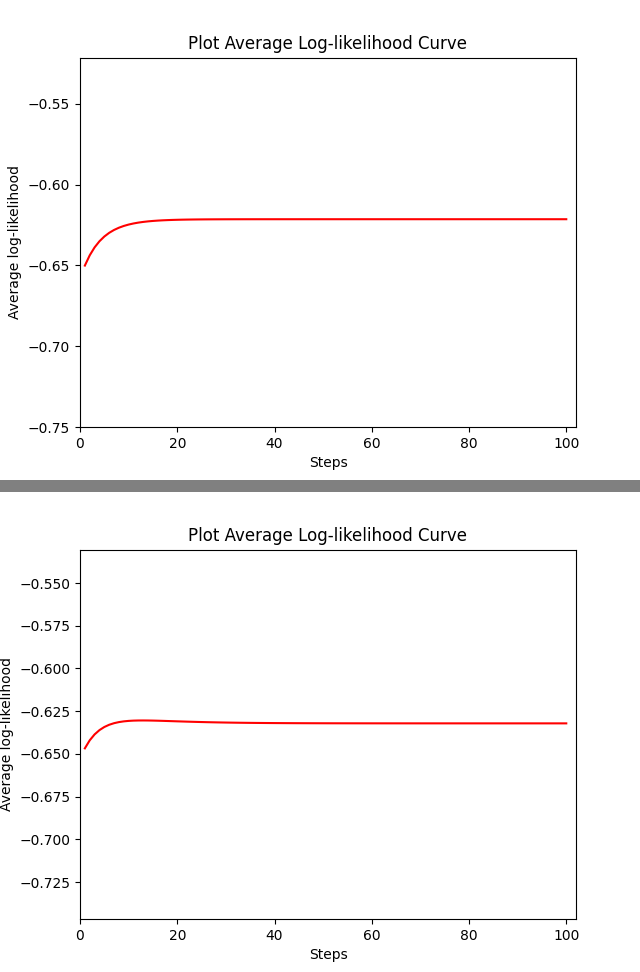
Repository: DhruvTrehan03/3F8
Script's output: python Lab.py
An editor plug-in stored every save of this project. The script's output is shown before and after the next save, followed by the edit.
Each picture stacks the figures in order, with grey between them; figures that are only written to a file come last. Random numbers start from a fixed seed.

Above is the script's output before, as saved 2024-02-16 12:02:58.

After the next save:
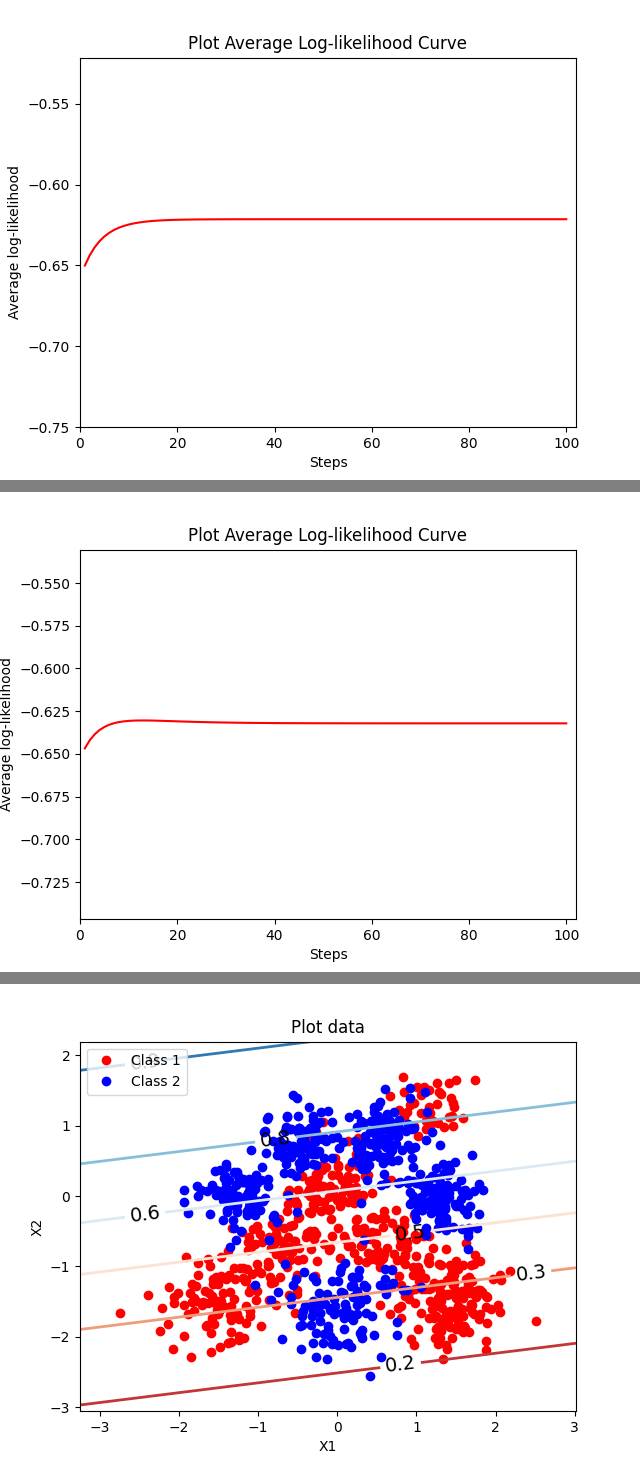
Saved 75 s later.
--- a/Lab.py
+++ b/Lab.py
@@ -49,6 +49,16 @@ def plot_ll(ll):
     plt.title('Plot Average Log-likelihood Curve')
     plt.show()
 
+def plot_predictive_distribution(X, y, w, map_inputs = lambda x : x):
+    xx, yy = plot_data_internal(X, y)
+    ax = plt.gca()
+    X_tilde = get_x_tilde(map_inputs(np.concatenate((xx.ravel().reshape((-1, 1)), yy.ravel().reshape((-1, 1))), 1)))
+    Z = predict(X_tilde, w)
+    Z = Z.reshape(xx.shape)
+    cs2 = ax.contour(xx, yy, Z, cmap = 'RdBu', linewidths = 2)
+    plt.clabel(cs2, fmt = '%2.1f', colors = 'k', fontsize = 14)
+    plt.show()
+
 def compute_average_ll(X_tilde, y, w):
     output_prob = predict(X_tilde, w)
     return np.mean(y * np.log(output_prob) + (1 - y) * np.log(1.0 - output_prob))
@@ -98,3 +108,4 @@ X_tilde_test = get_x_tilde(X_test)
 w, ll_train, ll_test = fit_w(X_tilde_train, y_train, X_tilde_test, y_test, Max_it, Eta)
 plot_ll(ll_train)
 plot_ll(ll_test)
+plot_predictive_distribution(X, y, w)
